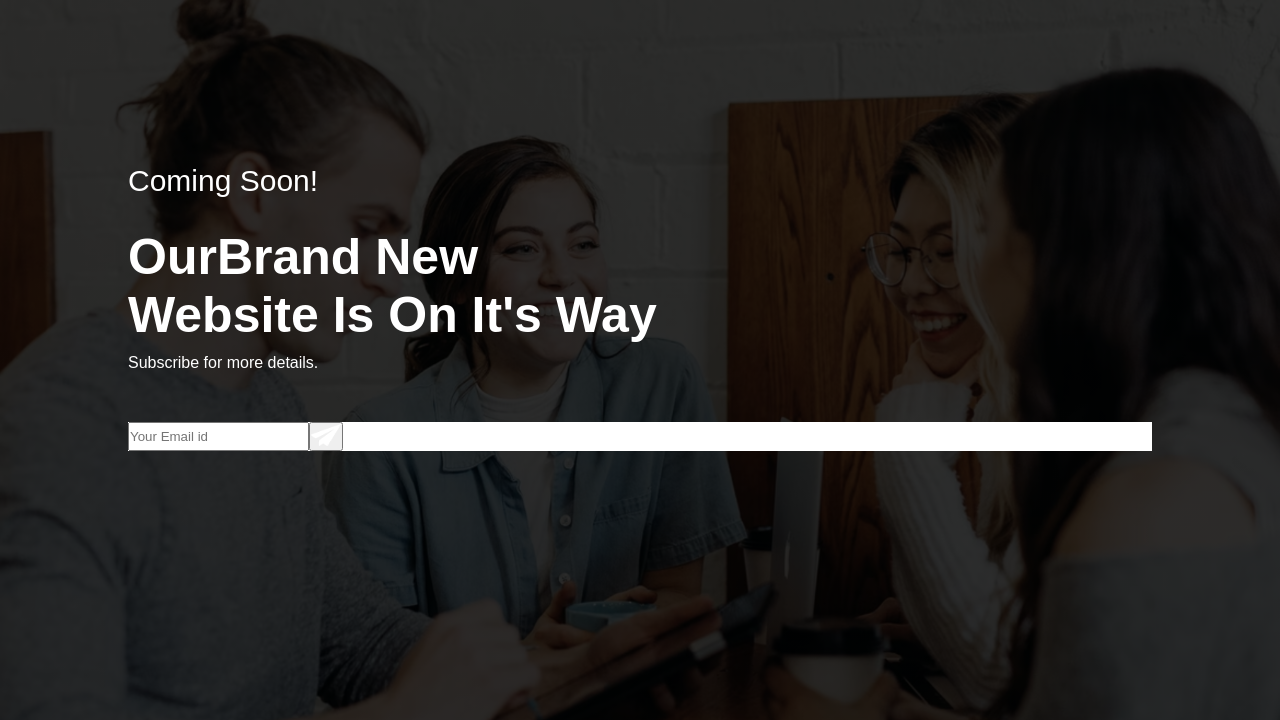
Repository: AbdullahOwais-Dev/Email-Subscription
Page: index.html
An editor plug-in stored every save of this project. The page is shown before and after a run of saves, followed by the edit.
The browser window is 1280 px wide. The pictures show the whole page.

Above is the page before, as saved 2025-02-07 23:39:12.

### index.html
<!DOCTYPE html>
<html lang="en">
<head>
    <meta charset="UTF-8">
    <meta name="viewport" content="width=device-width, initial-scale=1.0">
    <link rel="stylesheet" href="style.css">
    <link rel="shortcut icon" href="images/icon.png" type="image/x-icon">
    <title>Email Subscription</title>
</head>
<body>

    <div class="hero">
        <h3>Coming Soon!</h3>
        <h1>OurBrand New<br>Website Is On It's Way</h1>
        <p>Subscribe for more details.</p>
        <form>
            <input type="email" name="email" placeholder="Your Email id" required>
            <button type="submit"><img src="images/send-icon.png" width="30px"></button>
        </form>
    </div>


    <style>

    </style>
</body>
</html>

### style.css
*{
    margin: 0;
    padding: 0;
    box-sizing: border-box;
    font-family: 'poppins', sans-serif;
}
.hero{
    width: 100%;
    height: 100vh;
    background-image: linear-gradient(rgba(0,0,0,0.8), rgba(0,0,0,0.8)), url(images/background.png);
    background-size: cover;
    background-position: center;
    padding: 10px 10%;
    color: #fff;
}
.hero h3{
    margin-top: 15%;
    font-weight: 400;
    font-size: 30px;
}
.hero h1{
    margin-top: 30px;
    font-size: 50px;
}
.hero p{
    margin: 10px 0 50px;
}
form{
    background: #fff;
    display: flex;
    w
}

After the next 7 saves:
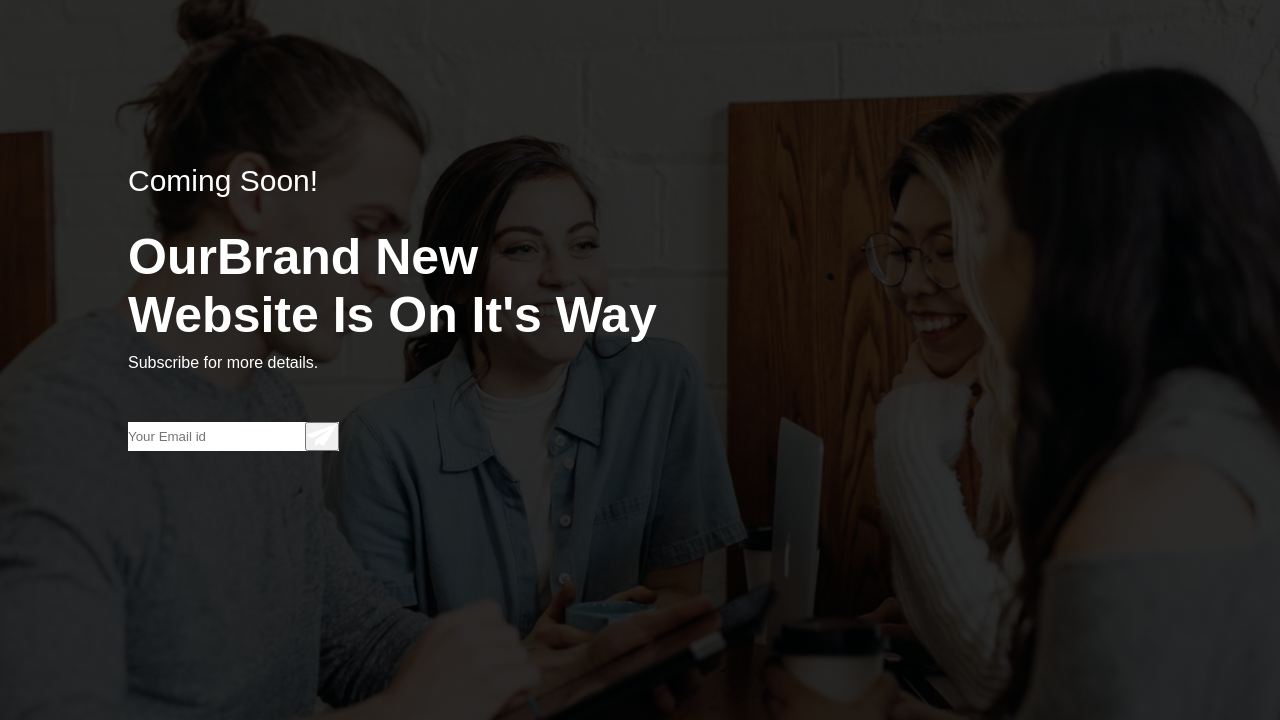
The 7 saves are shown as one change because they came seconds apart.
The last was saved 20 s later.
--- a/style.css
+++ b/style.css
@@ -28,5 +28,9 @@
 form{
     background: #fff;
     display: flex;
-    w
+    width: fit-content;
 }
+form input{
+    border: 0;
+    o
+}
